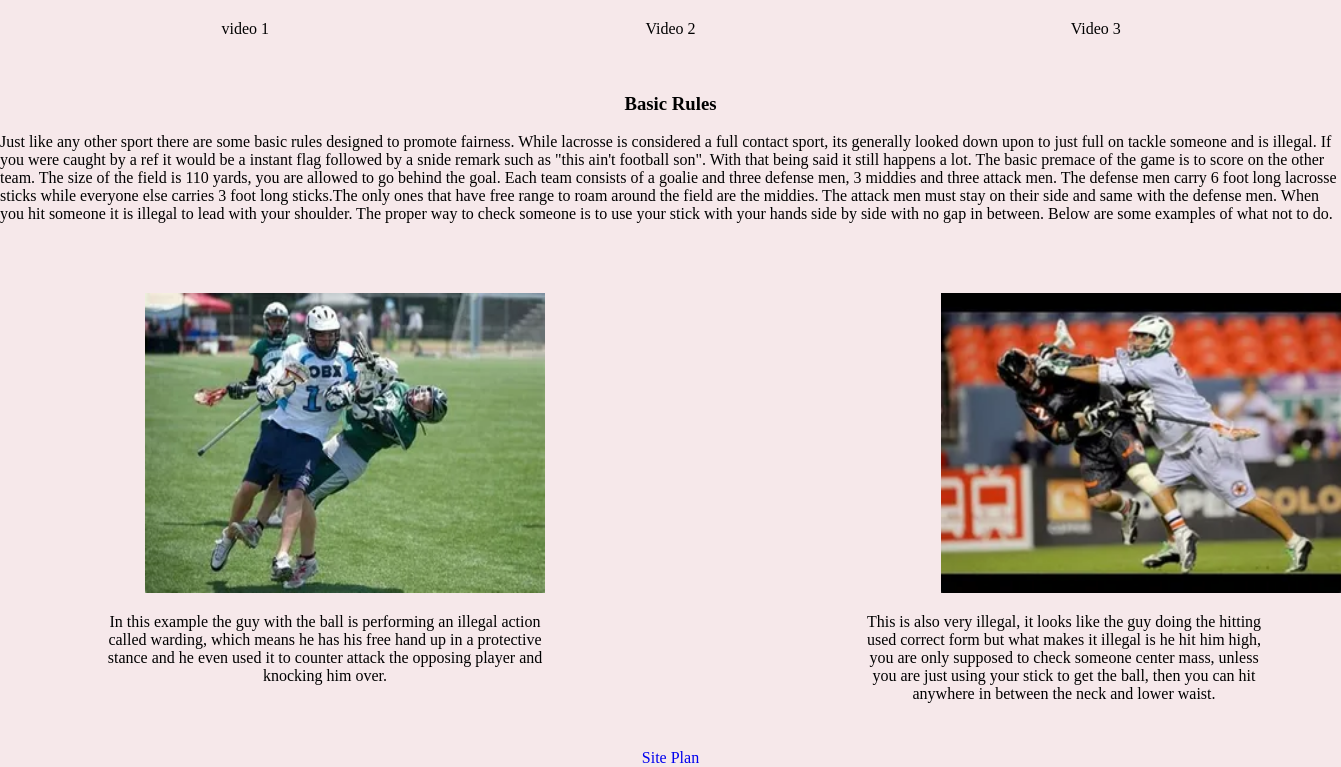
Repository: nak97/personal-site
Page: mma.html
The author's editor kept a copy of each file at every save. The page is drawn from the files as they stood at one save, then again after the next save.
The browser window is 1280 px wide. The page is 1341 px wide, so the pictures cover 1341 px, including what lies to the right of the window. The pictures show the part of the page from y = 616 to 1383 px (the page is 1383 px tall).
Some icons come from a web library that is not loaded, so they are not drawn. Some web libraries are served in a nearby version.

Above is the page before, as saved 2023-03-17 11:26:42.

After the next save:
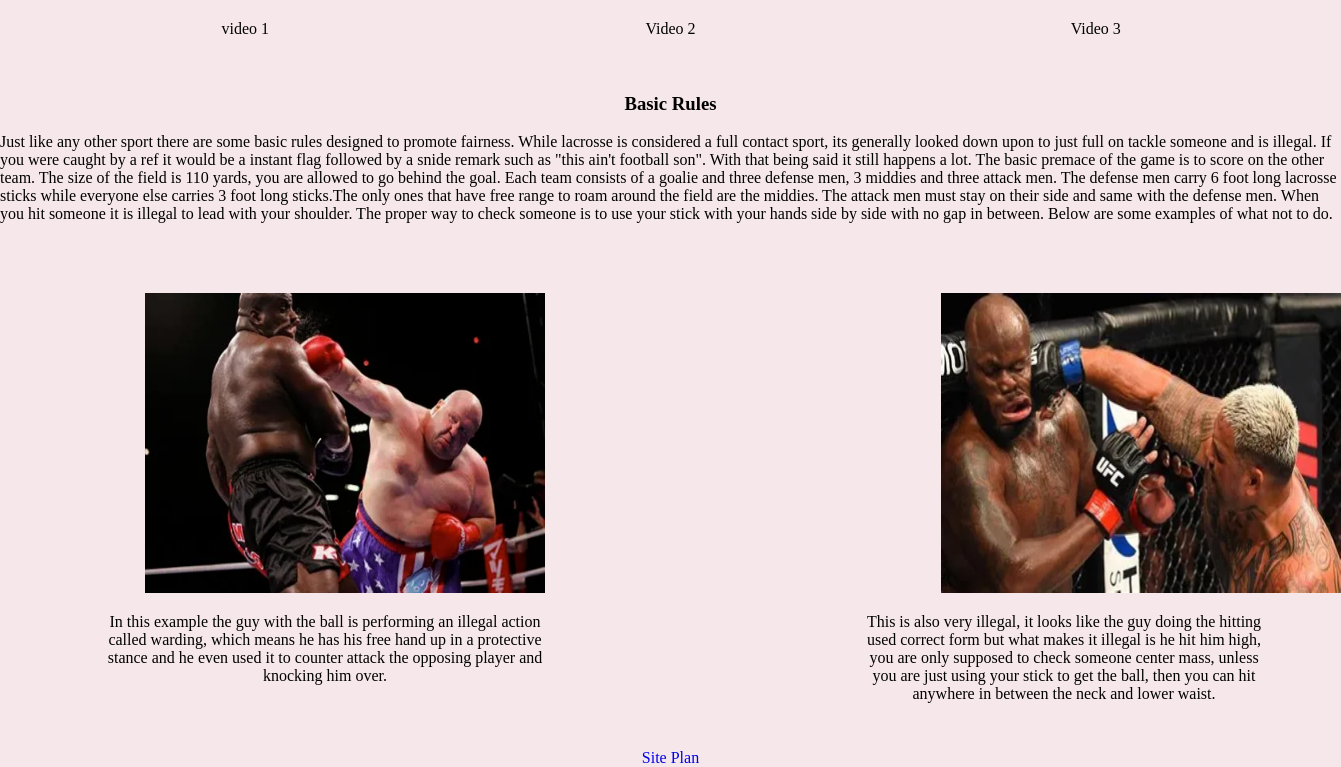
Saved 2 min 15 s later.
--- a/mma.html
+++ b/mma.html
@@ -55,7 +55,7 @@
 <section>
 <div class="images">
   <div class="img1">
-    <img src="./images/lacrosse-hit-one.webp" alt="image for page3" class="img-1">
+    <img src="./images/butterbean1.webp" alt="image for page" alt="image for page3" class="img-1">
       <p>
         In this example the guy with the ball is performing an illegal action called warding, which means he has his free hand up in a protective stance and he even used it to counter attack the opposing player and knocking him over.
       </p>
@@ -63,7 +63,7 @@
 
 
 <div class="img2">
-  <img src="./images/lacross-hit-two.webp" alt="image for page3" class="img-2">
+  <img src="./images/hit-to-face.webp" alt="image for page"  class="img-2">
     <p>
       This is also very illegal, it looks like the guy doing the hitting used correct form but what makes it illegal is he hit him high, you are only supposed to check someone center mass, unless you are just using your stick to get the ball, then you can hit anywhere in between the neck and lower waist.
     </p>
@@ -76,57 +76,6 @@
   </div>
 </body>
 </html>
-
-
-
-
-
-
-
-
-
-
-
-
-
-
-
-
-
-
-
-
-
-
-
-
-
-
-
-
-
-
-
-
-
-
-
-
-
-
-
-
-
-
-
-
-
-
-
-
-
-
-
 
 
 
